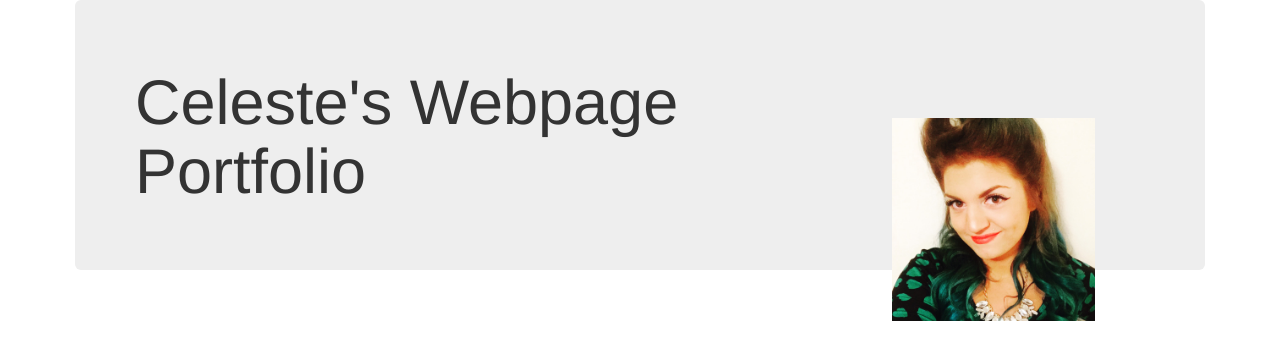
Repository: fieldceleste/portfolio-celeste
Page: portfolio-celeste.html
An editor plug-in stored every save of this project. The page is shown before and after the next save, followed by the edit.
The browser window is 1280 px wide. The pictures show the whole page.

Above is the page before, as saved 2019-11-01 12:09:10.

### portfolio-celeste.html
<!DOCTYPE html>
<html>
  <head>
    <title>Celeste Field's Portfolio</title>
  <link href="css/bootstrap.css" rel="stylesheet" type="text/css">
  <link href="css/styles.css" rel="stylesheet" type="text/css">

 <body>
    <div class="container">
      <div class="jumbotron">
        <h1><img src="img/celeste.jpeg" class="img" alt="photo of celeste field"> Celeste's Webpage Portfolio </h1>
        <p>

        </p>

  </body>
</html>

### css/styles.css
img{
float:right;
width: 30%;
height:50%;
padding: 50px;

}

Loaded but not shown: css/bootstrap.css (library)

After the next save:
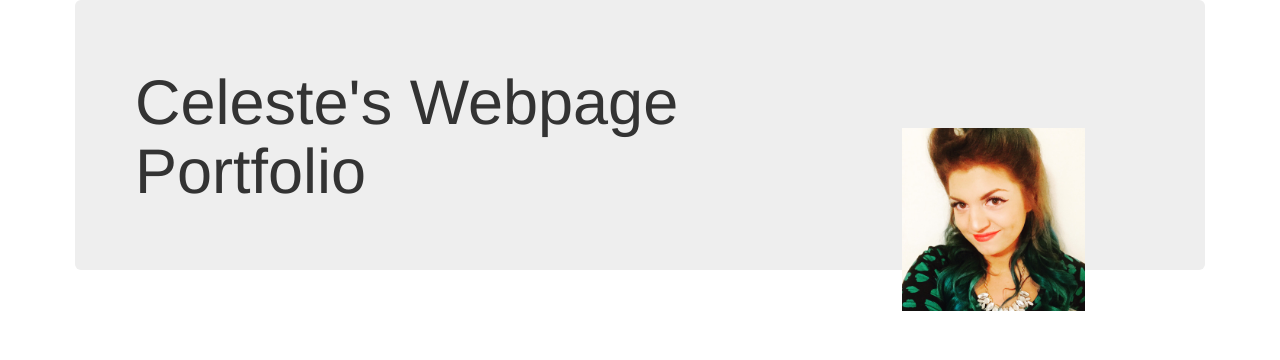
Saved 9 s later.
--- a/css/styles.css
+++ b/css/styles.css
@@ -2,6 +2,6 @@ img{
 float:right;
 width: 30%;
 height:50%;
-padding: 50px;
+padding: 60px;
 
 }
